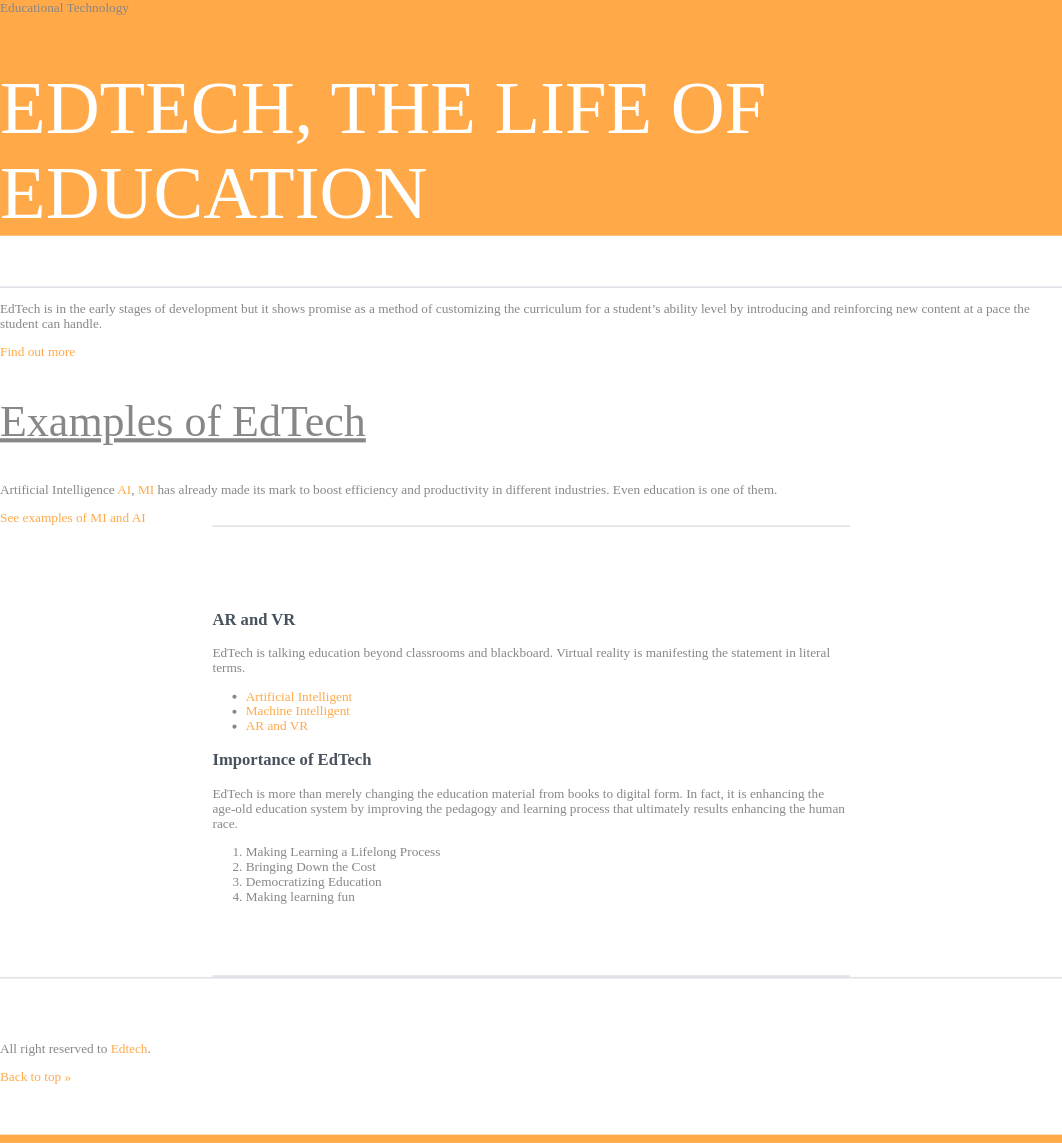
Repository: tunmishyi/edtech
Page: index.html
These files come from the project's save history. The page is drawn as it stood at one moment and after the next save; the edit follows.
The browser window is 1280 px wide. The pictures show the whole page, at 83% of full size.

Above is the page before, as saved 2020-06-12 00:50:47.

### index.html
<html>
	<head>
		<title>EdTech</title>
		<link rel="stylesheet" href="/home/peterolayinka/Documents/archive/tutorial/jumoke/css/style.css">
	</head>
	<body>
		<header id="top" class="main-header">
			<span class"title">Educational Technology</span>
			<h1>EdTech, The life of Education</h1>
		</header>

		<div class="primary-content, t-border">
			<p>
					EdTech is in the early stages of development but it shows promise as a method of customizing the curriculum for a student’s ability level by introducing and reinforcing new content at a pace the student can handle.
			</p>
			<a href="#more">Find out more</a>
			<h2>Examples of EdTech</h2>
			<p>
				Artificial Intelligence <a href="#">AI</a>, <a href="#">MI</a> has already made its mark to boost efficiency and productivity in different industries. Even education is one of them.
			</p>
			<a href="#" class="callout">See examples of MI and AI</a>
		</div>

		<div class="secondary-content t-border">
			<h3>AR and VR</h3>
				<p>
					EdTech is talking education beyond classrooms and blackboard. Virtual reality is manifesting the statement in literal terms.
				</p>
				<ul>
					<li><a href="#">Artificial Intelligent</a></li>
					<li><a href="#">Machine Intelligent</a></li>
					<li><a href="#">AR and VR</a></li>
				</ul>
				<h3>Importance of EdTech</h3>
				<p>
					EdTech is more than merely changing the education material from books to digital form. In fact, it is enhancing the age-old education system by improving the pedagogy and learning process that ultimately results enhancing the human race.
				</p>
				<ol>
					<li>Making Learning a Lifelong Process</li>
					<li>Bringing Down the Cost</li>
					<li>Democratizing Education</li>
					<li>Making learning fun</li>
				</ol>
			</div>

			<footer id="main-footer" class="t-border">
				<p>All right reserved to <a href="#">Edtech</a>.</p>
				<a href="#top">Back to top &raquo;</a>
			</footer>
	</body>
</html>

### style.css
/*Type Selectors */

body {
   color: #878787;
   margin: 0;
   font-size: 1em;
}

h1 {
    font-size: 5.625rem; /* 90px/16px */
    color: rgba(255, 255, 255, 1);
    text-transform: uppercase;
    font-weight: normal;
    }

    h2 {
        font-size: 3.3125em; /* 53px/16px */
        text-decoration: underline;
        font-weight: normal;
    }

    h3 {
        font-size: 1.25em; /* 20px/16px */
        color: #48525c;
    }

    /* Pseudo Classes-------- */

    a:link {
        color: rgb(255, 169, 73);
        text-decoration: none;
    }

    a:visited {
        color: lightblue;
    }

    a:hover {
        color: rgb(255, 169, 73, .4);
    }

    a:active {
        color: lightcoral;
    }

    /*ID Selectors */



    /*Class Selectors */

    .main-header {
        background-color: #ffa949;
       }

    .title {
        color: white;
        font-size: 1.625rem; /* 26px/16px  */
    }

    .secondary-content {
        padding-top: 80px;
        padding-bottom: 70px;
        border-bottom: 2px solid #dfe2e6;
    }

    #main-footer {
        padding-top: 60px;
        padding-bottom: 60px;
        border-bottom: 10px solid #ffa949;
    }

    .t-border {
        border-top: 2px solid #dfe2e6; /* Top Border styles */
    }


    /*Layout styles-----*/

    .primary-content,
    .secondary-content {
        width: 60%;
        margin: auto;
    }

    .wildlife {
        color: white;
        background-color: #434a52;
        padding: 18% 24%;
        border-top: 10px solid #ffa949;
        margin: 105px 0 60px;
     }

    .
    .primary-content,
    .main-header {
        text-align: center;
    }

After the next save:
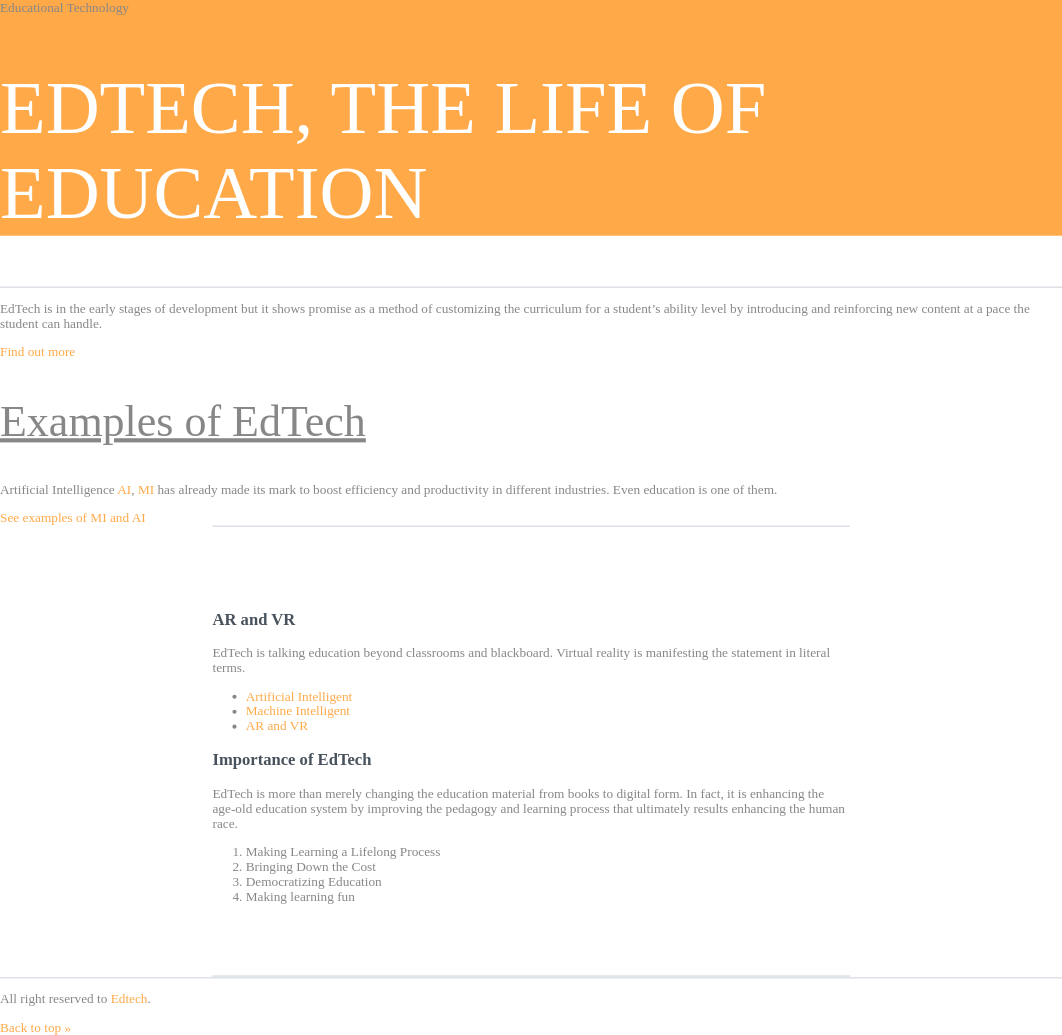
Saved 77 s later.
--- a/style.css
+++ b/style.css
@@ -58,13 +58,18 @@ h1 {
         font-size: 1.625rem; /* 26px/16px  */
     }
 
+    .primary-content {
+        padding-top: 25px;
+        padding-bottom: 95px;
+    }
+
     .secondary-content {
         padding-top: 80px;
         padding-bottom: 70px;
         border-bottom: 2px solid #dfe2e6;
     }
 
-    #main-footer {
+    .main-footer {
         padding-top: 60px;
         padding-bottom: 60px;
         border-bottom: 10px solid #ffa949;
